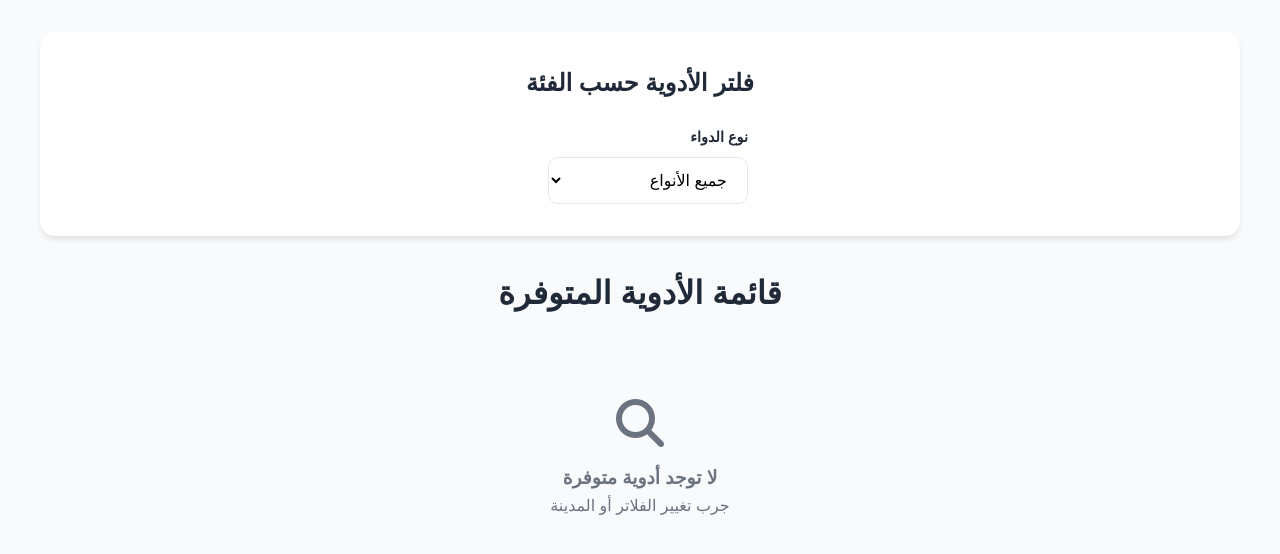
Repository: salahalhadiedris/249dwa.sudan
Page: http://localhost/products/
The author's editor kept a copy of each file at every save. The page is drawn from the files as they stood at one save, then again after the next save.
The browser window is 1280 px wide. The pictures show the whole page.
Some web fonts or font styles are not loaded; a fallback is used. The page is served by the project's application, run on Django 5.2 (manage.py). Queries for data that is not in the repository find no rows.

Above is the page before, as saved 2025-11-17 20:07:22.

After the next save:
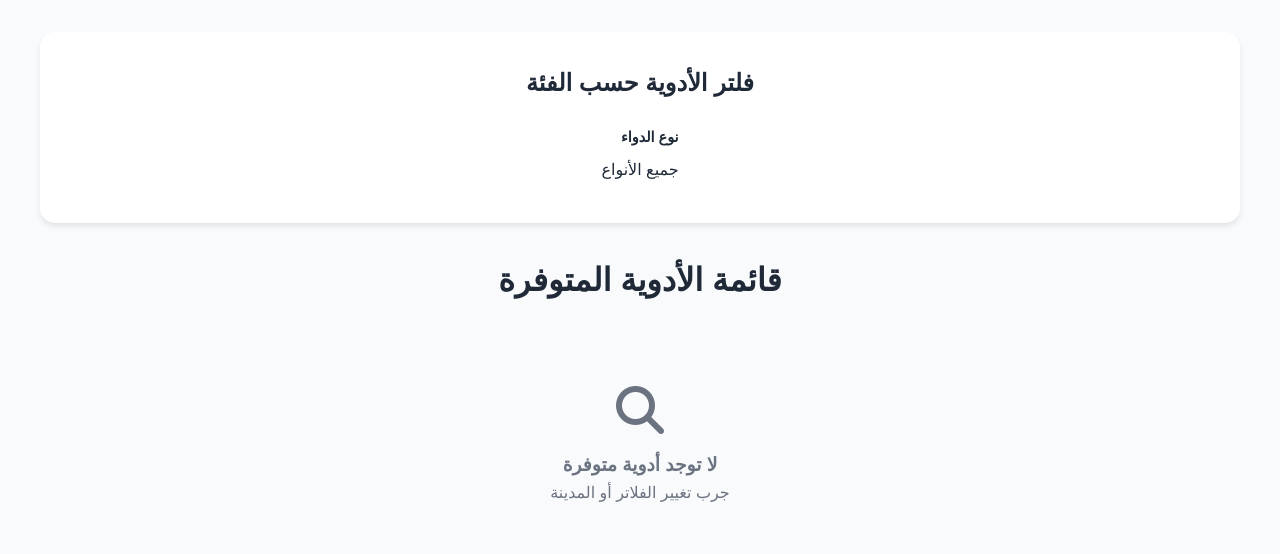
Saved 96 s later.
--- a/pages/templates/pages/products.html
+++ b/pages/templates/pages/products.html
@@ -625,7 +625,7 @@
 
                 <div class="filter-group">
                     <label class="filter-label">نوع الدواء</label>
-                    <select class="filter-select" name="category" id="typeFilter">
+                    <div class="category-card" data-category-id="{{ category.id }}" onclick="filterByCategory(this.getAttribute('data-category-id'))">
                         <option value="">جميع الأنواع</option>
                         {% for category in categories %}
                             <option value="{{ cat.id }}" {% if cat.id|stringformat:"s" == request.GET.category %}selected{% endif %}>{{ cat.name }}</option>
